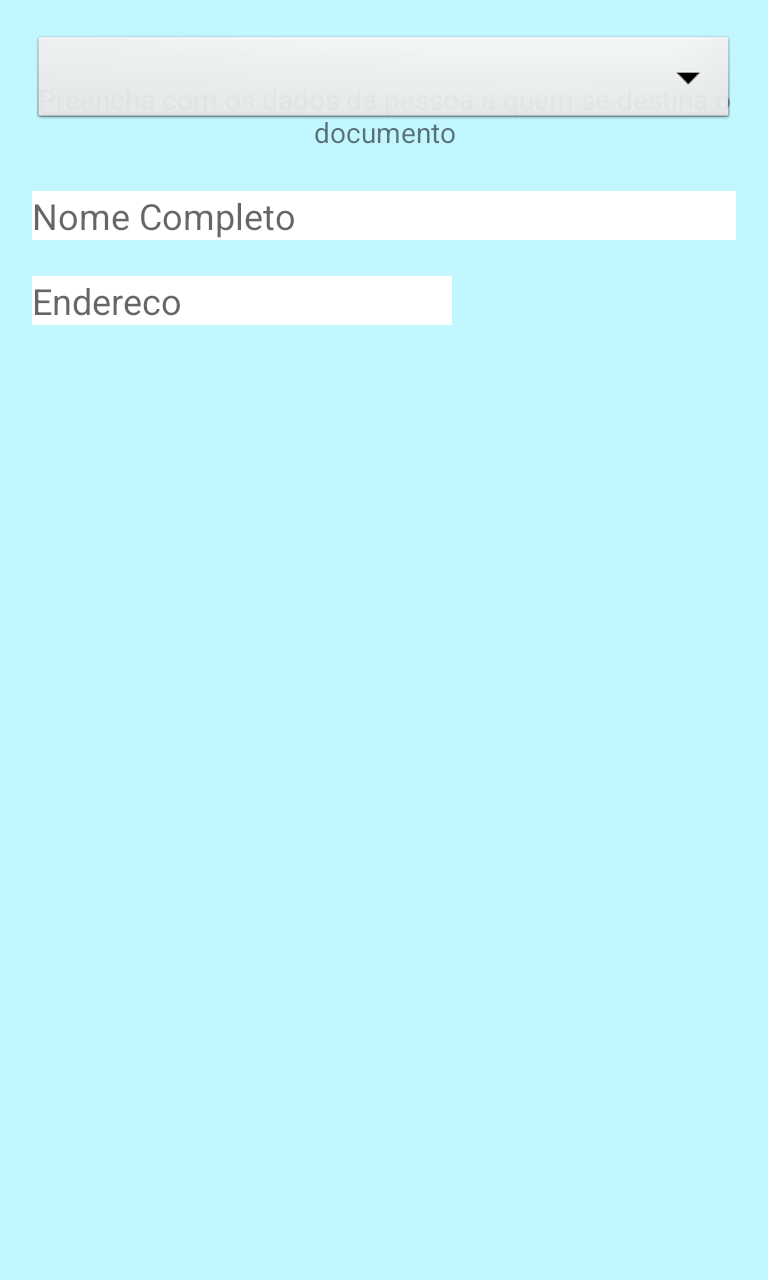
Repository: pdelfino/Projeto-livre
Layout: Protesto Livre/ProtestoLivre/res/layout/fragment_tela05.xml
An editor plug-in stored every save of this project. The layout is shown before and after the next save, followed by the edit.
It is drawn on a 768 x 1280 px phone screen (xhdpi) without system bars, with theme AppTheme; the app's code is not run.

Above is the layout before, as saved 2014-05-29 00:14:19.

### Protesto Livre/ProtestoLivre/res/layout/fragment_tela05.xml
<RelativeLayout xmlns:android="http://schemas.android.com/apk/res/android"
    xmlns:tools="http://schemas.android.com/tools"
    android:layout_width="match_parent"
    android:layout_height="match_parent"
    android:background="#C2F7FF"
    android:paddingBottom="@dimen/activity_vertical_margin"
    android:paddingLeft="@dimen/activity_horizontal_margin"
    android:paddingRight="@dimen/activity_horizontal_margin"
    android:paddingTop="@dimen/activity_vertical_margin"
    tools:context="br.sp.protestolivre.Tela05$PlaceholderFragment" >

    <TextView
        android:id="@+id/textView1"
        android:layout_width="wrap_content"
        android:layout_height="wrap_content"
        android:layout_alignParentTop="true"
        android:layout_centerHorizontal="true"
        android:layout_marginTop="24dp"
        android:gravity="center"
        android:text="Preencha com os dados da pessoa a quem se destina o documento" />

    <EditText
        android:id="@+id/Nome"
        android:layout_width="wrap_content"
        android:layout_height="wrap_content"
        android:layout_alignLeft="@+id/textView1"
        android:layout_alignRight="@+id/textView1"
        android:layout_below="@+id/textView1"
        android:layout_marginTop="20dp"
        android:background="#ffffff"
        android:ems="10"
        android:hint="Nome Completo"
        android:inputType="textPersonName" />

    <EditText
        android:id="@+id/Endereco"
        android:layout_width="wrap_content"
        android:layout_height="wrap_content"
        android:layout_alignLeft="@+id/Nome"
        android:layout_below="@+id/Nome"
        android:layout_marginTop="18dp"
        android:background="#ffffff"
        android:ems="10"
        android:hint="Endereco" />

    <Spinner
    android:id="@+id/spinner1"
    android:layout_width="match_parent"
    android:layout_height="wrap_content"
    android:background="@android:drawable/btn_dropdown"
    android:spinnerMode="dropdown" />


</RelativeLayout>

Loaded but not shown: Protesto Livre/ProtestoLivre/res/values/styles.xml (common file); Protesto Livre/ProtestoLivre/res/values-v11/styles.xml (common file); Protesto Livre/ProtestoLivre/res/values-v14/styles.xml (common file); Protesto Livre/ProtestoLivre/res/values/dimens.xml (common file); Protesto Livre/ProtestoLivre/res/values-w820dp/dimens.xml (common file)

After the next save:
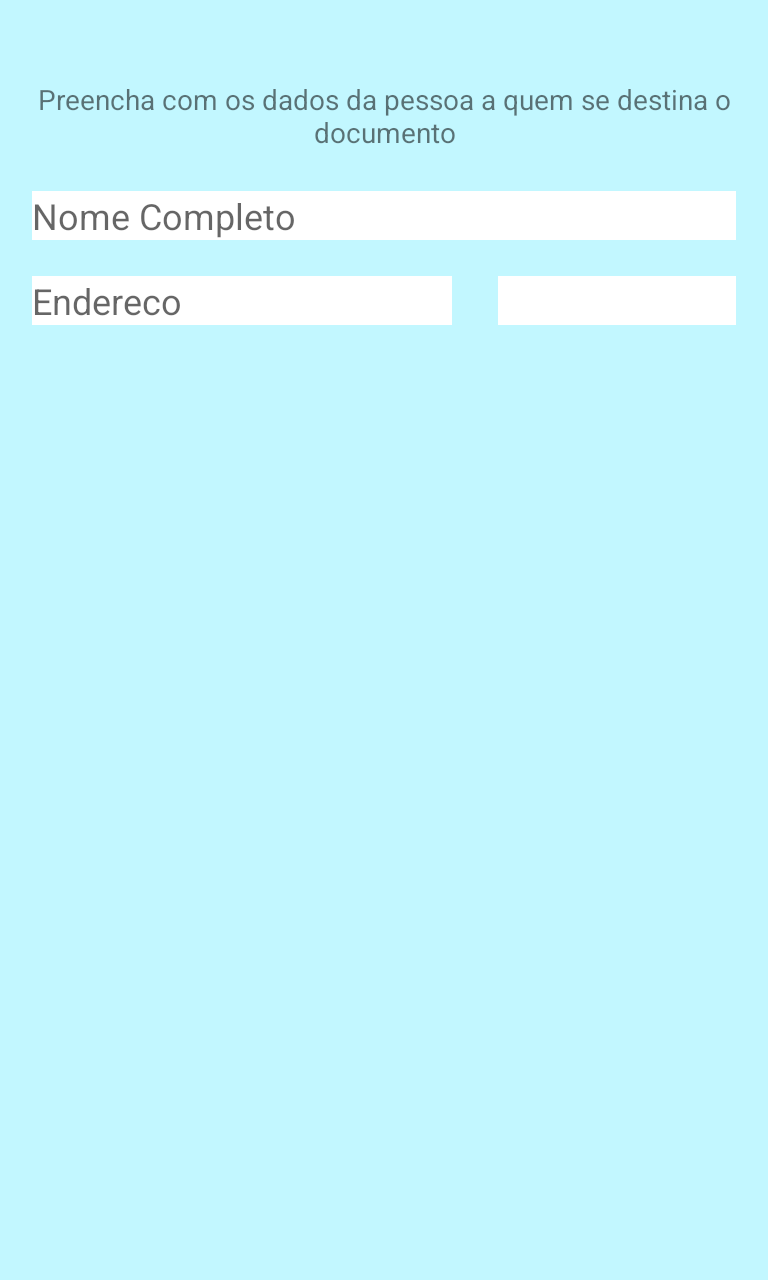
Saved 4 min 37 s later.
--- a/Protesto Livre/ProtestoLivre/res/layout/fragment_tela05.xml
+++ b/Protesto Livre/ProtestoLivre/res/layout/fragment_tela05.xml
@@ -43,12 +43,16 @@
         android:ems="10"
         android:hint="Endereco" />
 
-    <Spinner
-    android:id="@+id/spinner1"
-    android:layout_width="match_parent"
-    android:layout_height="wrap_content"
-    android:background="@android:drawable/btn_dropdown"
-    android:spinnerMode="dropdown" />
-
+    <AutoCompleteTextView
+        android:id="@+id/autoCompleteTextView1"
+        android:layout_width="wrap_content"
+        android:layout_height="wrap_content"
+        android:layout_alignBottom="@+id/Endereco"
+        android:layout_alignParentRight="true"
+        android:layout_alignTop="@+id/Endereco"
+        android:layout_marginLeft="23dp"
+        android:background="#ffffff"
+        android:layout_toRightOf="@+id/Endereco"
+        android:ems="10" />
 
 </RelativeLayout>
